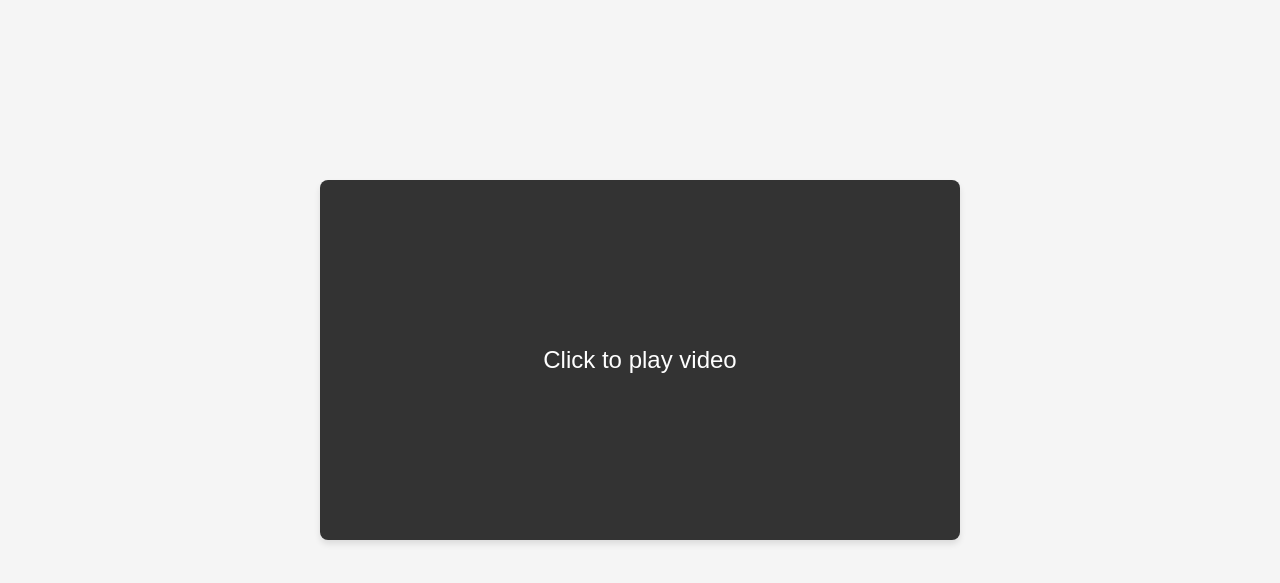
Repository: anderscederberg11/unhandledRuntimeError.json
Page: Henver/henver.html
These files come from the project's save history. The page is drawn as it stood at one moment and after the next save; the edit follows.
The browser window is 1280 px wide. The pictures show the whole page.

Above is the page before, as saved 2024-05-06 17:49:47.

### Henver/henver.html
<!DOCTYPE html>
<html lang="en">
<head>
    <meta charset="UTF-8">
    <meta name="viewport" content="width=device-width, initial-scale=1.0">
    <title>Document</title>
    <link rel="stylesheet" href="henver.css">
</head>
<body>
    <div id="video-player" onclick="playVideo()">
      <!-- Placeholder text -->
      <p>Click to play video</p>
    </div>

    <!-- JavaScript to play the video -->
    <script>
        function playVideo() {
          var videoUrl = "/Henver/imgs/millk.mp4";
          // Create a video element
          var videoElement = document.createElement("video");
          // Set attributes for the video element
          videoElement.src = videoUrl;
          videoElement.controls = true;
          videoElement.autoplay = true;
          // Replace the content of the video player div with the video element
          document.getElementById("video-player").innerHTML = "";
          document.getElementById("video-player").appendChild(videoElement);
        }
      </script>
  </body>
</html>

### Henver/henver.css
body {
    font-family: Arial, sans-serif;
    background-color: #f5f5f5;
    margin: 0;
    padding: 0;
    display: flex;
    justify-content: center;
    align-items: center;
    height: 100vh;
  }

  #video-player {
    width: 640px;
    height: 360px;
    background-color: #333;
    cursor: pointer;
    border-radius: 8px;
    overflow: hidden;
    box-shadow: 0 4px 6px rgba(0, 0, 0, 0.1);
    transition: transform 0.2s;
  }

  #video-player:hover {
    transform: scale(1.05);
  }

  #video-player video {
    width: 100%;
    height: 100%;
  }

  #video-player p {
    color: #fff;
    font-size: 24px;
    text-align: center;
    line-height: 360px;
    margin: 0;
  }

After the next save:
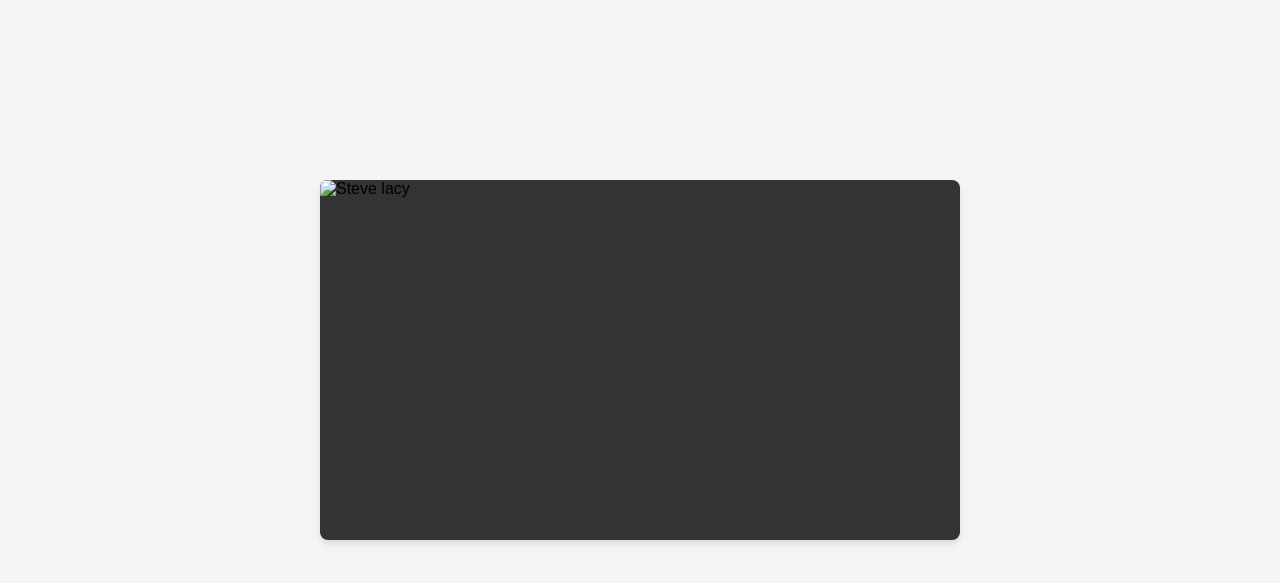
Not found: Henver/steeevveee.png
Saved 118 s later.
--- a/Henver/henver.html
+++ b/Henver/henver.html
@@ -8,9 +8,9 @@
 </head>
 <body>
     <div id="video-player" onclick="playVideo()">
-      <!-- Placeholder text -->
-      <p>Click to play video</p>
-    </div>
+        <!-- Thumbnail image -->
+        <img id="video-thumbnail" src="steeevveee.png" alt="Steve lacy">
+      </div>
 
     <!-- JavaScript to play the video -->
     <script>
